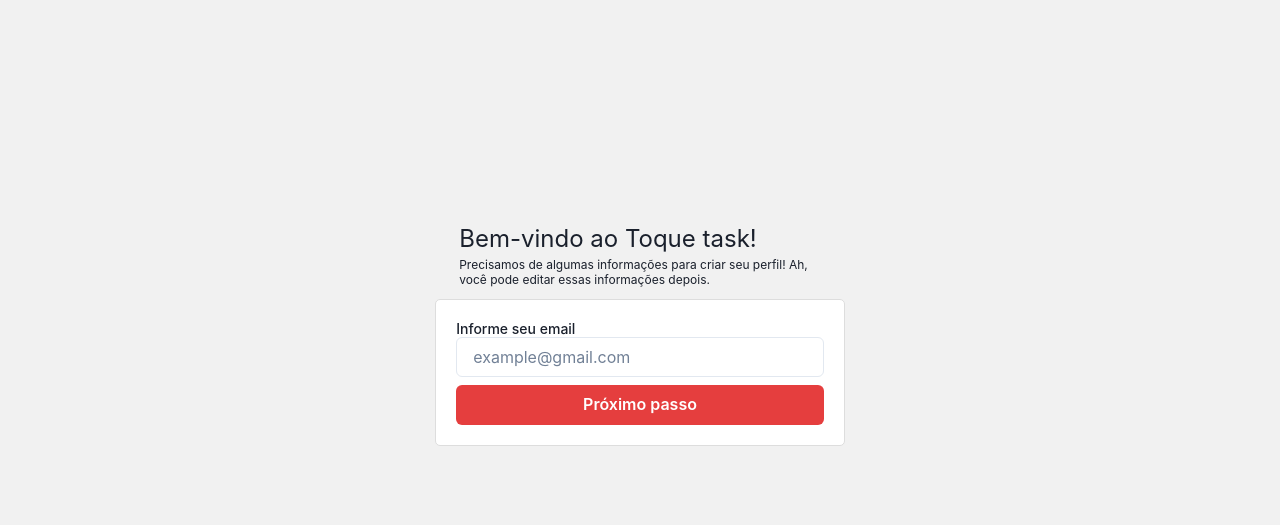
Repository: jorgelucasjs/chakra-ui-doc
Page: /
The author's editor kept a copy of each file at every save. The page is drawn from the files as they stood at one save, then again after the next save.
The browser window is 1280 px wide. The pictures show the whole page.
The project was rebuilt for these pictures with package versions that can differ from the ones it lists, and the page was loaded fresh each time.

Above is the page before, as saved 2023-01-06 14:29:03.

After the next save:
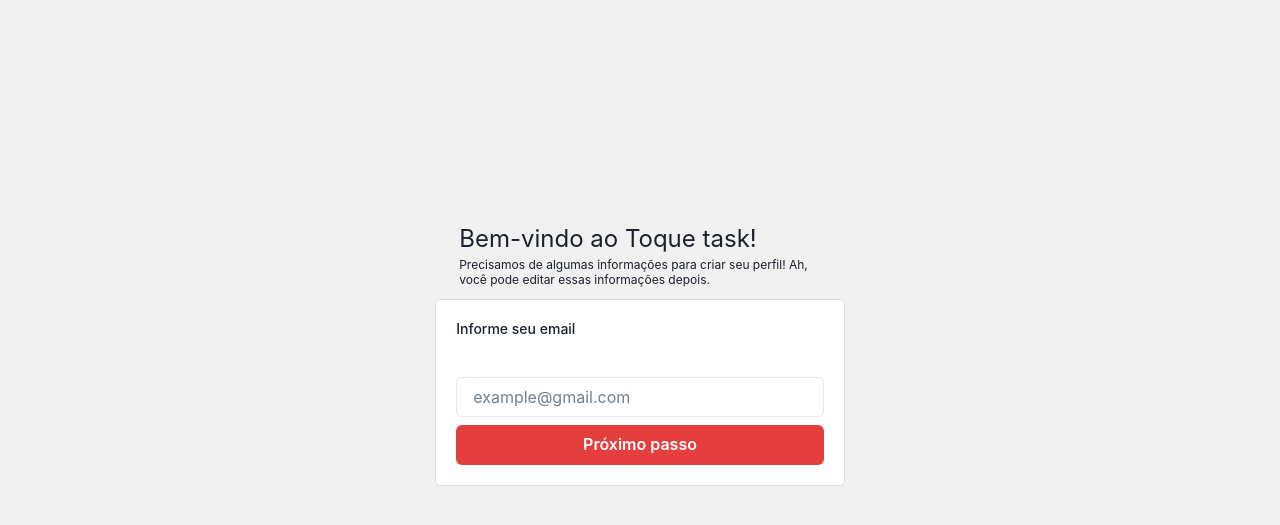
Saved 7 s later.
--- a/src/pages/index.tsx
+++ b/src/pages/index.tsx
@@ -15,7 +15,7 @@
 
 				<Box bg='#fff' p={5} mt={3} borderRadius={5} border='1px solid #ddd'>
 					<FormControl>
-						<FormLabel fontSize='14' mb=''>Informe seu email</FormLabel>
+						<FormLabel fontSize='14' mb='10'>Informe seu email</FormLabel>
 						<Input type='email' placeholder='example@gmail.com'/>
 						<Button w={'100%'} mt={2} colorScheme={'red'} color='#fff'>Próximo passo  </Button>
 					</FormControl>
